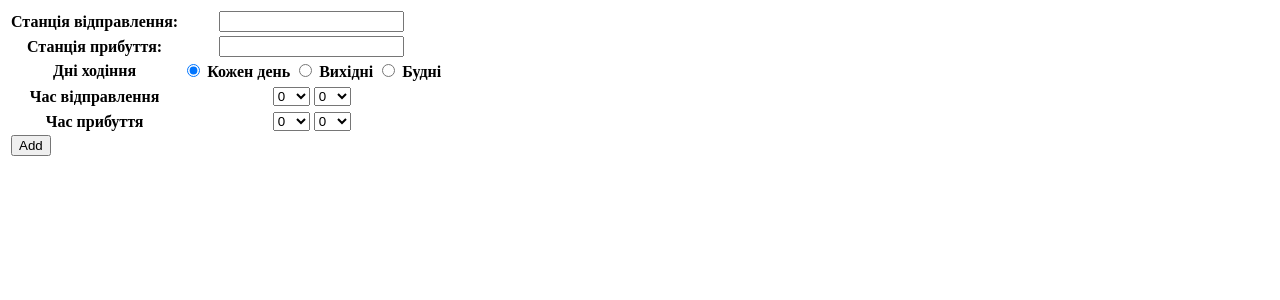
Repository: predator11/Project
Page: http://localhost/TimetableProject/add.jsp
The author's editor kept a copy of each file at every save. The page is drawn from the files as they stood at one save, then again after the next save.
The browser window is 1280 px wide. The pictures show the whole page.
The page is served by Tomcat 9. Other server files are loaded and not shown.

Above is the page before, as saved 2015-06-29 19:44:21.

### TimetableProject/WebContent/add.jsp
<%@ page language="java" contentType="text/html; charset=UTF-8"
    pageEncoding="UTF-8"%>

<%@ taglib prefix="c" uri="http://java.sun.com/jsp/jstl/core" %>
<!DOCTYPE html PUBLIC "-//W3C//DTD HTML 4.01 Transitional//EN" "http://www.w3.org/TR/html4/loose.dtd">
<html>
<head>
<meta http-equiv="Content-Type" content="text/html; charset=ISO-8859-1">
<title>Insert title here</title>
</head>
<body>
 <form method="post" action="CRUD?action=add"">
      <table>
       <tr>
         <th>Станція відправлення: </th>
         <th><input type="Text" name="St"></th>
        </tr>
       <tr>
         <th>Станція прибуття: </th>
         <th><input type="Text" name="fSt"></th>
        </tr>
       <tr>
         <th>Дні ходіння</th>
         <th>
            <input type="radio" name="walkDays" checked="checked" value="Кожен день"> Кожен день
           <input type="radio" name="walkDays" value="Вихідні"> Вихідні
           <input type="radio" name="walkDays" value="Будні"> Будні
         </th>
        </tr>
       <tr>
       <tr>
         <th>Час відправлення</th>
          <th>
          <select name="departurelHour" size=1>
            <c:forEach var="i" begin="0" end="24">
             <option select value="${i}"> ${i }
            </c:forEach>
          </select>
           <select name="departureMinute" size=1>
             <c:forEach var="j" begin="0" end="60">
             <option select value="${j}"> ${j }
            </c:forEach>
           </select>
          </th>
        </tr>
       <tr>
       <tr>
         <th>Час прибуття</th>
         <th>
          <select name="arrivalHour" size=1>
            <c:forEach var="i" begin="0" end="24">
             <option select value="${i}"> ${i }
            </c:forEach>
          </select>
           <select name="arrivalMinute" size=1>
             <c:forEach var="j" begin="0" end="60">
             <option select value="${j}"> ${j }
            </c:forEach>
           </select>
         </th>
        </tr>
       <tr>
        <td><input type="Submit" value="Add"></td>
       </tr>
      </table>
   </form>
</body>
</html>

After the next save:
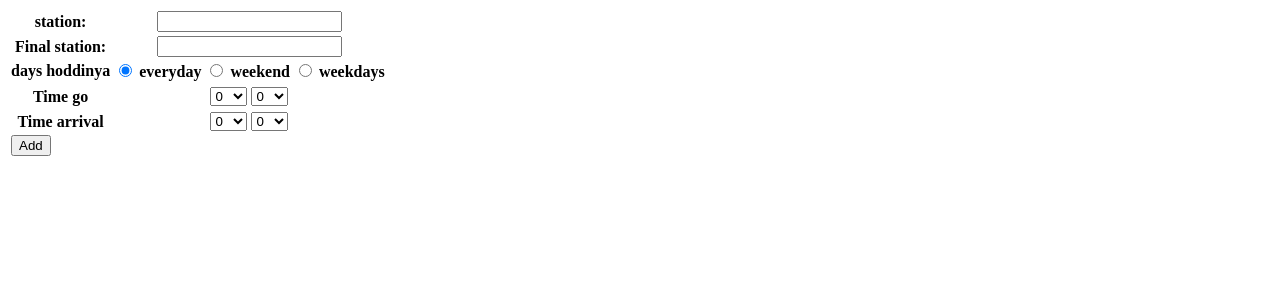
Saved 4 min 8 s later.
--- a/TimetableProject/WebContent/add.jsp
+++ b/TimetableProject/WebContent/add.jsp
@@ -1,5 +1,5 @@
-<%@ page language="java" contentType="text/html; charset=UTF-8"
-    pageEncoding="UTF-8"%>
+<%@ page language="java" contentType="text/html; charset=ISO-8859-1"
+    pageEncoding="ISO-8859-1"%>
 
 <%@ taglib prefix="c" uri="http://java.sun.com/jsp/jstl/core" %>
 <!DOCTYPE html PUBLIC "-//W3C//DTD HTML 4.01 Transitional//EN" "http://www.w3.org/TR/html4/loose.dtd">
@@ -12,24 +12,24 @@
  <form method="post" action="CRUD?action=add"">
       <table>
        <tr>
-         <th>Станція відправлення: </th>
+         <th>station: </th>
          <th><input type="Text" name="St"></th>
         </tr>
        <tr>
-         <th>Станція прибуття: </th>
+         <th>Final station: </th>
          <th><input type="Text" name="fSt"></th>
         </tr>
        <tr>
-         <th>Дні ходіння</th>
+         <th>days hoddinya</th>
          <th>
-            <input type="radio" name="walkDays" checked="checked" value="Кожен день"> Кожен день
-           <input type="radio" name="walkDays" value="Вихідні"> Вихідні
-           <input type="radio" name="walkDays" value="Будні"> Будні
+            <input type="radio" name="walkDays" checked="checked" value="everyday"> everyday
+           <input type="radio" name="walkDays" value="weekend"> weekend
+           <input type="radio" name="walkDays" value="weekdays"> weekdays
          </th>
         </tr>
        <tr>
        <tr>
-         <th>Час відправлення</th>
+         <th>Time go</th>
           <th>
           <select name="departurelHour" size=1>
             <c:forEach var="i" begin="0" end="24">
@@ -45,7 +45,7 @@
         </tr>
        <tr>
        <tr>
-         <th>Час прибуття</th>
+         <th>Time arrival</th>
          <th>
           <select name="arrivalHour" size=1>
             <c:forEach var="i" begin="0" end="24">

After the save that followed:
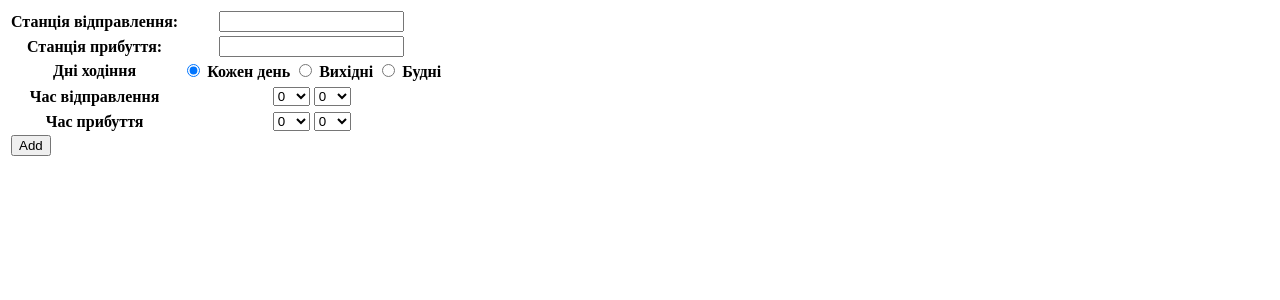
Saved 2 min 29 s later.
--- a/TimetableProject/WebContent/add.jsp
+++ b/TimetableProject/WebContent/add.jsp
@@ -1,35 +1,35 @@
-<%@ page language="java" contentType="text/html; charset=ISO-8859-1"
-    pageEncoding="ISO-8859-1"%>
+<%@ page language="java" contentType="text/html; charset=UTF-8"
+    pageEncoding="UTF-8"%>
 
 <%@ taglib prefix="c" uri="http://java.sun.com/jsp/jstl/core" %>
 <!DOCTYPE html PUBLIC "-//W3C//DTD HTML 4.01 Transitional//EN" "http://www.w3.org/TR/html4/loose.dtd">
 <html>
 <head>
-<meta http-equiv="Content-Type" content="text/html; charset=ISO-8859-1">
+<meta http-equiv="Content-Type" content="text/html; charset=UTF-8">
 <title>Insert title here</title>
 </head>
 <body>
  <form method="post" action="CRUD?action=add"">
       <table>
        <tr>
-         <th>station: </th>
+         <th>Станція відправлення: </th>
          <th><input type="Text" name="St"></th>
         </tr>
        <tr>
-         <th>Final station: </th>
+         <th>Станція прибуття: </th>
          <th><input type="Text" name="fSt"></th>
         </tr>
        <tr>
-         <th>days hoddinya</th>
+         <th>Дні ходіння</th>
          <th>
-            <input type="radio" name="walkDays" checked="checked" value="everyday"> everyday
-           <input type="radio" name="walkDays" value="weekend"> weekend
-           <input type="radio" name="walkDays" value="weekdays"> weekdays
+            <input type="radio" name="walkDays" checked="checked" value="Кожен день"> Кожен день
+           <input type="radio" name="walkDays" value="Вихідні"> Вихідні
+           <input type="radio" name="walkDays" value="Будні"> Будні
          </th>
         </tr>
        <tr>
        <tr>
-         <th>Time go</th>
+         <th>Час відправлення</th>
           <th>
           <select name="departurelHour" size=1>
             <c:forEach var="i" begin="0" end="24">
@@ -45,7 +45,7 @@
         </tr>
        <tr>
        <tr>
-         <th>Time arrival</th>
+         <th>Час прибуття</th>
          <th>
           <select name="arrivalHour" size=1>
             <c:forEach var="i" begin="0" end="24">
